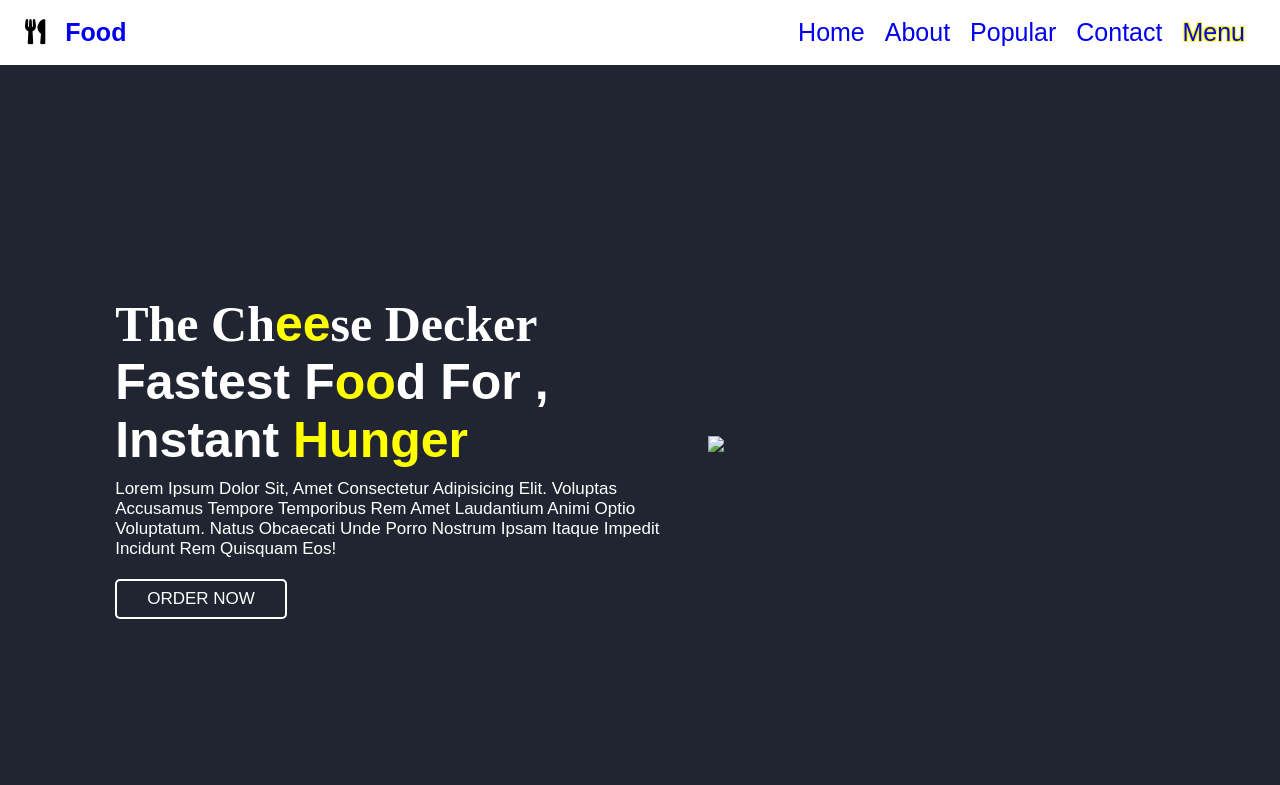
Repository: akiachenise/akiachenise.github.io
Page: landing.html
An editor plug-in stored every save of this project. The page is shown before and after the next save, followed by the edit.
The browser window is 1280 px wide. The pictures show the whole page.
Some web fonts or font styles are not loaded; a fallback is used.

Above is the page before, as saved 2023-06-09 12:24:14.

### landing.html
<!DOCTYPE html>
<html lang="en">

<head>
    <meta charset="UTF-8" />
    <meta http-equiv="X-UA-Compatible" content="IE=edge" />
    <meta name="viewport" content="width=device-width, initial-scale=1.0" />

    <link rel="stylesheet" href="css/landingstyles.css" />
    <title>Document</title>
    <link rel="stylesheet" href="https://cdnjs.cloudflare.com/ajax/libs/font-awesome/5.15.3/css/all.min.css" />
</head>

<body>
    <!-- header section starts  -->

    <header>
        <section class="nav">
            <!-- We can also insert any logo here     -->

            <!-- We can also insert any logo here     -->
            <div class="logo">
                <a href="#"><i class="fas fa-utensils"></i>food</a>
            </div>

            <!--  checkbox to control the icon's state    -->
            <input id="menu-toggle" type="checkbox" />
            <label class="menu-button-container" for="menu-toggle">
          <div class="menu-button"></div>
        </label>
            <!--  main menu    -->
            <ul class="menu">
                <li><a href="#home">Home</a></li>
                <li><a href="#speciality">About</a></li>
                <li><a href="#popular">Popular</a></li>
                <li><a href="#review">Contact</a></li>
                <li><a href="#order" class="order">Menu</a></li>
            </ul>
        </section>
    </header>

    <!-- header section ends -->

    <!-- hero section starts  -->

    <section class="home" id="home ">
        <div class="content">
            <!-- Tagline -->
            <h3 class="mainfont">
                The Ch<span class="yellowColor">ee</span>se Decker
            </h3>
            <h3>
                fastest f<span class="yellowColor">oo</span>d for , instant
                <span class="yellowColor">Hunger</span>
            </h3>
            <!--Description  -->
            <p>
                Lorem ipsum dolor sit, amet consectetur adipisicing elit. Voluptas accusamus tempore temporibus rem amet laudantium animi optio voluptatum. Natus obcaecati unde porro nostrum ipsam itaque impedit incidunt rem quisquam eos!
            </p>

            <!-- CTA -->
            <a href="# " class="btn">ORDER NOW</a>
        </div>
        <!-- Hero image -->

        <div class="image">
            <img src="" alt=" " />
        </div>
    </section>

    <!-- hero section ends   -->
</body>

</html>

### css/landingstyles.css
@import url("https://fonts.googleapis.com/css2?family=Jacques+Francois+Shadow&display=swap");
* {
    font-family: "Nunito", sans-serif;
    margin: 0;
    padding: 0;
    box-sizing: border-box;
    outline: none;
    border: none;
    text-decoration: none;
    text-transform: capitalize;
    transition: all 0.2s linear;
}

html {
    font-size: 62.5%;
    overflow: hidden;
}

body {
    background: #212531;
    margin: 0;
}

header {
    margin: 0px;
}

<!--  styling the navigation menu -->

a {
    text-decoration: none;
    color: #000;
}

ul {
    list-style: none;
}

section {
    padding: 2rem 9%;
}

.logo {
    font-size: 2.5rem;
    font-weight: bolder;
    color: #666;
    display: inline-block;
}

.logo i {
    padding-right: 2rem;
    color: black;
}

.order {
    text-shadow: -1px -1px 0 yellow, 1px -1px 0 yellow, -1px 1px 0 yellow, 1px 1px yellow;
}

.nav {
    display: flex;
    flex-direction: row;
    align-items: center;
    justify-content: space-between;
    background: white;
    color: black;
    height: 65px;
    padding: 1em;
    font-size: 25px;
}

.menu li:hover {
    cursor: pointer;
    transform: scale(1.2);
}

.menu {
    display: flex;
    flex-direction: row;
    list-style-type: none;
    margin: 0;
}

.menu>li {
    margin: 0 1rem;
    overflow: hidden;
}
/*Container for menu button  */

.menu-button-container {
    display: none;
    height: 100%;
    width: 30px;
    cursor: pointer;
    flex-direction: column;
    justify-content: center;
    align-items: center;
}

#menu-toggle {
    display: none;
}
/*  Creating the menu button */

.menu-button,
.menu-button::before,
.menu-button::after {
    display: block;
    background-color: black;
    position: absolute;
    height: 6px;
    width: 32px;
    border-radius: 3px;
    color: white;
}

.menu-button::before {
    content: "";
    margin-top: -8px;
}

.menu-button::after {
    content: "";
    margin-top: 8px;
}
/*  Adding Functionality to the Hamburger Menu with CSS  */

#menu-toggle:checked+.menu-button-container .menu-button::before {
    margin-top: 0px;
    transform: rotate(45deg);
}

#menu-toggle:checked+.menu-button-container .menu-button {
    background: rgba(255, 255, 255, 0);
}

#menu-toggle:checked+.menu-button-container .menu-button::after {
    margin-top: 0px;
    /*  transforms the hamburger icon into a cross  */
    transform: rotate(-45deg);
}
/* Styling the hero section */

.home {
    display: flex;
    flex-wrap: wrap;
    gap: 1.5rem;
    min-height: 100vh;
    align-items: center;
}

.home .content {
    flex: 1 1 40rem;
    padding-top: 6.5rem;
}
/* Styling the main image */

.home .image {
    flex: 1 1 30rem;
}

.home .image img {
    width: 90%;
    height: 90%;
    padding: 1rem;
    animation: float 3s linear infinite;
}
/* animating the main image   */

@keyframes float {
    0%,
    100% {
        transform: translateY(0rem);
    }
    50% {
        transform: translateY(3rem);
    }
}

.home .content h3 {
    font-size: 5rem;
    color: white;
}
/* Styling the content */

.yellowColor {
    color: yellow;
}

.mainfont {
    font-family: "Jacques Francois Shadow", cursive;
}

.home .content p {
    font-size: 1.7rem;
    color: white;
    padding: 1rem 0;
}

.heading {
    text-align: center;
    font-size: 3.5rem;
    padding: 1rem;
    color: #666;
}
/* Styling the buttons  */

.btn {
    display: inline-block;
    padding: 0.8rem 3rem;
    border: 0.2rem solid white;
    color: white;
    cursor: pointer;
    font-size: 1.7rem;
    border-radius: 0.5rem;
    position: relative;
    overflow: hidden;
    z-index: 0;
    margin: 1rem 1rem 0 0;
}

.btn:hover {
    color: #fff;
}
/* media queries  */

@media (max-width: 991px) {
    html {
        font-size: 55%;
    }
    header {
        padding: 2rem;
    }
    section {
        padding: 2rem;
    }
}

@media (max-width: 768px) {
    .menu-button-container {
        display: flex;
    }
    .menu {
        position: absolute;
        top: 0;
        margin-top: 50px;
        left: 0;
        flex-direction: column;
        width: 100%;
        justify-content: center;
        align-items: center;
        padding: 2rem
    }
    .menu li:hover {
        transform: scale(1);
    }
    #menu-toggle~.menu li {
        height: 0;
        margin: 0;
        padding: 0;
        border: 0;
    }
    #menu-toggle:checked~.menu li {
        border: 1px solid #9f9a9a;
        height: 2.5em;
        padding: 0.5em;
    }
    .menu>li {
        display: flex;
        justify-content: center;
        margin: 0;
        padding: 0.5em 0;
        width: 100%;
        color: black;
        background-color: #e8e8e8;
    }
    .menu>li:not(:last-child) {
        border-bottom: 1px solid #444;
    }
}

@media (max-width: 450px) {
    html {
        font-size: 50%;
        overflow-x: hidden;
        overflow-y: scroll;
        text-align: center;
    }
}

After the next save:
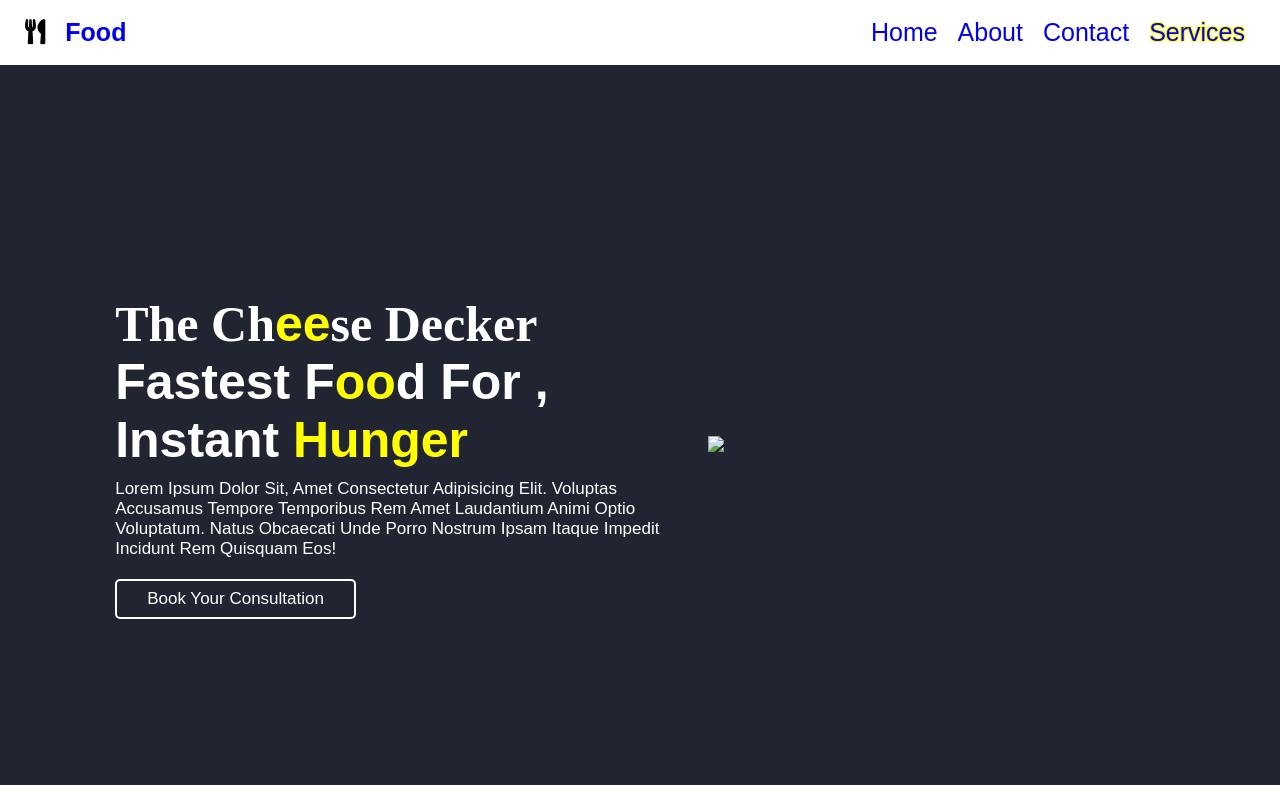
Saved 8 s later.
--- a/landing.html
+++ b/landing.html
@@ -32,9 +32,9 @@
             <ul class="menu">
                 <li><a href="#home">Home</a></li>
                 <li><a href="#speciality">About</a></li>
-                <li><a href="#popular">Popular</a></li>
+                <!-- <li><a href="#popular">Popular</a></li> -->
                 <li><a href="#review">Contact</a></li>
-                <li><a href="#order" class="order">Menu</a></li>
+                <li><a href="#order" class="order">Services</a></li>
             </ul>
         </section>
     </header>
@@ -59,7 +59,7 @@
             </p>
 
             <!-- CTA -->
-            <a href="# " class="btn">ORDER NOW</a>
+            <a href="# " class="btn">Book Your Consultation</a>
         </div>
         <!-- Hero image -->
 
